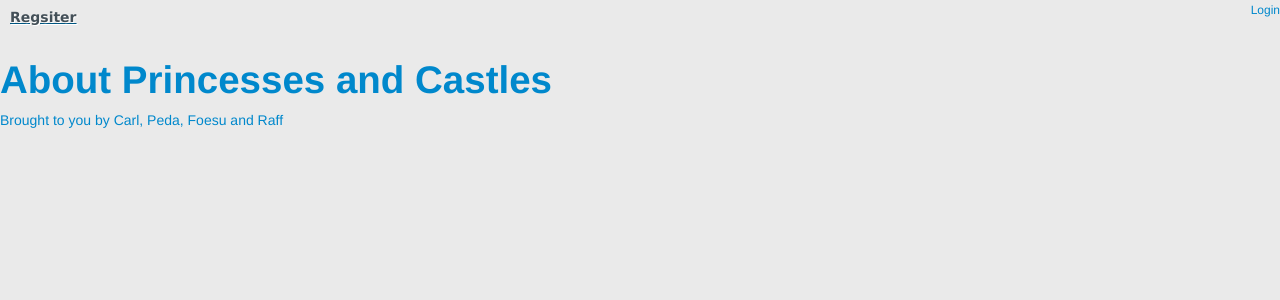
Repository: ese-unibe-ch/ese2014-team2
Page: http://localhost/Skeleton/pages/template/navbarAuth.jsp
These files come from the project's save history. The page is drawn as it stood at one moment and after the next save; the edit follows.
The browser window is 1280 px wide. The pictures show the whole page.
Some web libraries are served in a nearby version. The page is served by Tomcat 9. Nobody is signed in. The application's start-up code is not run. Other server files are loaded and not shown. The template is opened directly, without the code that normally fills it, so the values that code supplies are empty.

Above is the page before, as saved 2014-10-28 09:37:50.
Console error (its wording comes from the project's code and is left out).

### Skeleton/src/main/webapp/pages/template/navbarAuth.jsp
<!DOCTYPE html>
<html lang="en">
<head>

    	<meta charset="utf-8">

    	<title>About Princesses and Castles</title>

    	<link rel="stylesheet" type="text/css" href="css/stylesheet.css" media="all"/>
    	<script type="text/javascript"  src="dn.com/bootstrap/3.2.0/js/bootstrap.min.js"></script>
    	<script type="text/javascript" src="http://code.jquery.com/jquery-2.1.1.min.js"></script>
		<script src="http://ajax.googleapis.com/ajax/libs/jquery/1.4.2/jquery.min.js?ver=1.4.2"></script>
    	<script src="js/login.js"></script>
    	<script src="js/slider.js"></script>
    	<!-- HTML5 shim, for IE6-8 support of HTML5 elements -->
    	<!--[if lt IE 9]>
    	<script src="http://html5shim.googlecode.com/svn/trunk/html5.js"></script>
    	<![endif]-->
<!--   WASTE!
    	<style>
        	body {
         	   padding-top: 60px; /* 60px to make the container go all the way to the bottom of the topbar */
        	}
    	</style>
    -->



</head>
<body>
<%@ page language="java" pageEncoding="UTF-8" contentType="text/html;charset=utf-8" %>
<%@ taglib prefix="c" uri="http://java.sun.com/jsp/jstl/core" %>
<%@ taglib prefix="form" uri="http://www.springframework.org/tags/form" %>
<%@ taglib prefix="spring" uri="http://www.springframework.org/tags" %>
<%@ taglib prefix="security" uri="http://www.springframework.org/security/tags" %>

    	  <link href="http://ajax.googleapis.com/ajax/libs/jqueryui/1.8/themes/ui-lightness/jquery-ui.css" rel="stylesheet" type="text/css"/>
      <script src="http://ajax.googleapis.com/ajax/libs/jquery/1.5/jquery.min.js"></script>
      <script src="http://ajax.googleapis.com/ajax/libs/jqueryui/1.8/jquery-ui.min.js"></script>

      <script>
      $(document).ready(function() {
        $("#datepicker").datepicker();
      });
      </script>

       <script>
      $(document).ready(function() {
        $("#datepicker2").datepicker();
      });
      </script>


<sec:authorize access="isAnonymous()">
<div id="bar">
        <div id="container">
            <!-- Login Starts Here -->
            <div id="loginContainer">
                <a href="#" id="loginButton"><span>Login</span><em></em></a>
                <div style="clear:both"></div>
                <div id="loginBox">
                    <form id="loginForm" name="loginForm" action="<c:url value='j_spring_security_check' />" method="POST">
                        <fieldset id="body">
                            <fieldset>
                                <label for="email">Email Address</label>
                                <input type="text" name="j_username" id="email" placeholder="Email" />
                            </fieldset>
                            <fieldset>
                                <label for="password">Password</label>
                                <input type="password" name="j_password" id="password" placeholder="Password" />
                            </fieldset>
                            <input type="submit" id="login" value="Sign in" />
                            <label for="checkbox"><input type="checkbox" id="checkbox" />Remember me</label>
                        </fieldset>
                        <span><a href="#">Forgot your password?</a></span>
                    </form>
                </div>
            </div>
            <!-- Login Ends Here -->
            <!-- Register Starts Here -->
            <div class="registerContainer">
            	<a href="register"><div class="registerButton"><span>Regsiter</span><em></em></div></a>
            </div>
            <!-- Register Ends Here -->
        </div>
    </div>
</sec:authorize>

<sec:authorize access="isAuthenticated()">
	<div
</sec:authorize>


</div>
<a href="/Skeleton/">
<div id="header">
	<div id="header_wrapper">
		<title>About Princesses and Castles</title>
		<h1>About Princesses and Castles</h1>
    	<p>Brought to you by Carl, Peda, Foesu and Raff</p>
    </div>
</div>	<!--  END OF #header -->
</a>


<div id="container_background">
	<div class="container">

Loaded but not shown: Skeleton/src/main/webapp/js/bootstrap.min.js (library); Skeleton/src/main/webapp/js/login.js (common file); Skeleton/src/main/webapp/js/slider.js (104 lines, source omitted); Skeleton/src/main/webapp/css/stylesheet.css (2278 lines, source omitted)

After the next save:
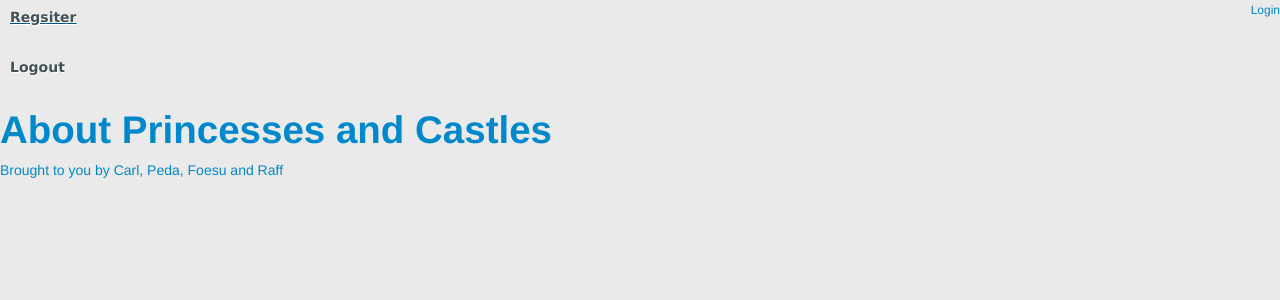
Saved 2 min 53 s later.
--- a/Skeleton/src/main/webapp/pages/template/navbarAuth.jsp
+++ b/Skeleton/src/main/webapp/pages/template/navbarAuth.jsp
@@ -84,14 +84,19 @@
             <!-- Register Ends Here -->
         </div>
     </div>
+</div>
 </sec:authorize>
 
 <sec:authorize access="isAuthenticated()">
-	<div
+	<div class="loggedinBar">
+		<div  class="registerContainer">
+			<a href="logout"><div class="registerButton"><span>Logout</span></div></a>
+		</div>
+	</div>
 </sec:authorize>
 
 
-</div>
+
 <a href="/Skeleton/">
 <div id="header">
 	<div id="header_wrapper">
